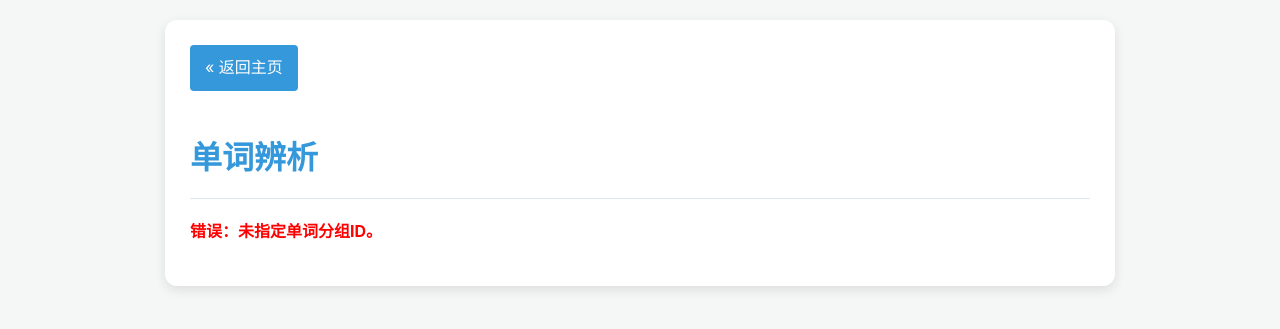
Repository: taiji666/WordLearn
Page: src/templates/discrimination_page.html
These files come from the project's save history. The page is drawn as it stood at one moment and after a run of saves; the edit follows.
The browser window is 1280 px wide. The pictures show the whole page.

Above is the page before, as saved 2025-05-21 21:26:06.

### src/templates/discrimination_page.html
<!DOCTYPE html>
<html lang="zh-CN">
<head>
    <meta charset="UTF-8">
    <meta name="viewport" content="width=device-width, initial-scale=1.0">
    <title>单词辨析</title>
    <link rel="stylesheet" href="static/style.css"> <style>
        /* 辨析页面的特定样式 */
        body {
            padding: 20px;
        }
        .discrimination-container {
            max-width: 900px;
            margin: 0 auto;
            background-color: var(--container-bg);
            padding: 25px;
            border-radius: var(--border-radius-lg);
            box-shadow: var(--box-shadow-medium);
        }
        .discrimination-container h1 {
            color: var(--primary-color);
            border-bottom: 1px solid var(--border-color);
            padding-bottom: 15px;
            margin-bottom: 20px;
        }
        .discrimination-word {
            margin-bottom: 30px;
            padding-bottom: 20px;
            border-bottom: 1px solid var(--light-bg-accent);
        }
        .discrimination-word:last-child {
            border-bottom: none;
            margin-bottom: 0;
        }
        .discrimination-word h2 {
            font-size: 1.8em;
            color: var(--accent-color);
            margin-bottom: 10px;
        }
        .discrimination-section-title {
            font-weight: bold;
            color: var(--primary-text);
            margin-top: 15px;
            margin-bottom: 5px;
            font-size: 1.1em;
        }
        .discrimination-content {
            white-space: pre-wrap; /* 保留换行和空格 */
            padding-left: 15px;
            color: var(--secondary-text);
            line-height: 1.7;
        }
        .error-message {
            color: red;
            font-weight: bold;
        }
        .back-button {
            display: inline-block;
            padding: 10px 15px;
            background-color: var(--primary-color);
            color: white;
            text-decoration: none;
            border-radius: var(--border-radius-sm);
            margin-bottom: 20px;
            transition: background-color var(--transition-speed) ease;
        }
        .back-button:hover {
            background-color: var(--primary-color-darker);
        }
    </style>
</head>
<body>
    <div class="discrimination-container">
        <a href="/" class="back-button">&laquo; 返回主页</a>
        <h1 id="discrimination-topic-title">单词辨析</h1>
        <div id="discrimination-content-area">
            <p>正在加载辨析数据...</p>
        </div>
    </div>
    <script src="static/discrimination_script.js"></script>
</body>
</html>

### src/static/style.css
/* :root 定义全局 CSS 变量 */
:root {
    --body-bg: #f4f7f6; /* 更柔和的页面背景色 */
    --container-bg: #ffffff;
    --sidebar-bg: #ffffff;
    --card-bg: #ffffff;

    --primary-text: #2c3e50; /* 主要文字颜色，深蓝灰色 */
    --secondary-text: #7f8c8d; /* 次要文字颜色，灰色 */
    --subtle-text: #95a5a6; /* 更浅的提示性文字 */

    --primary-color: #3498db; /* 主色调，清新的蓝色 */
    --primary-color-darker: #2980b9; /* 主色调的深色版，用于hover等 */
    --accent-color: #2ecc71; /* 强调色，绿色，用于单词等 */
    --accent-color-darker: #27ae60; /* 强调色的深色版 */

    --border-color: #e0e6ed; /* 边框颜色 */
    --light-bg-accent: #ecf0f1; /* 浅色背景强调，如词性背景 */

    --sidebar-width: 280px;
    --font-family-sans-serif: -apple-system, BlinkMacSystemFont, "Segoe UI", Roboto, Helvetica, Arial, sans-serif, "Apple Color Emoji", "Segoe UI Emoji", "Segoe UI Symbol";

    --box-shadow-light: 0 1px 3px rgba(0,0,0,0.05);
    --box-shadow-medium: 0 4px 12px rgba(0,0,0,0.1);
    --border-radius-sm: 4px;
    --border-radius-md: 8px;
    --border-radius-lg: 12px;

    --transition-speed: 0.25s;
}

/* --- 基本样式 --- */
body {
    font-family: var(--font-family-sans-serif);
    margin: 0;
    background-color: var(--body-bg);
    color: var(--primary-text);
    line-height: 1.6;
    position: relative;
    overflow-x: hidden;
}

.container {
    width: 100%;
    min-height: 100vh;
}

/* --- 侧边栏切换按钮 (移动端) --- */
#sidebar-toggle {
    display: block;
    position: fixed;
    top: 15px;
    left: 15px;
    z-index: 1001;
    background-color: var(--primary-color);
    color: white;
    border: none;
    padding: 10px 14px;
    font-size: 1.4em;
    cursor: pointer;
    border-radius: var(--border-radius-md);
    box-shadow: var(--box-shadow-medium);
    transition: background-color var(--transition-speed) ease;
    line-height: 1;
}

#sidebar-toggle:hover {
    background-color: var(--primary-color-darker);
}

/* --- 侧边栏 --- */
.sidebar {
    width: var(--sidebar-width);
    background-color: var(--sidebar-bg);
    padding: 25px 20px;
    height: 100vh;
    overflow-y: auto;
    border-right: 1px solid var(--border-color);
    box-sizing: border-box;
    position: fixed;
    left: 0;
    top: 0;
    transform: translateX(-100%);
    transition: transform var(--transition-speed) ease-in-out;
    z-index: 1000;
}

.sidebar.open {
    transform: translateX(0);
    box-shadow: 5px 0 15px rgba(0,0,0,0.1); /* 移动端打开时给一点阴影 */
}

.sidebar h2 {
    margin-top: 0;
    margin-bottom: 20px;
    font-size: 1.5em;
    color: var(--primary-color);
    padding-bottom: 15px;
    border-bottom: 1px solid var(--border-color);
    font-weight: 600;
}

#group-list, .subgroup-list {
    list-style-type: none;
    padding-left: 0;
}

.collection-item {
    margin-bottom: 12px;
}

.collection-title {
    font-weight: 600;
    font-size: 1.15em;
    color: var(--primary-text);
    display: block;
    margin-bottom: 10px;
    padding: 8px 5px;
    border-radius: var(--border-radius-sm);
    transition: background-color var(--transition-speed) ease, color var(--transition-speed) ease;
}

.collection-title.collapsible {
    cursor: pointer;
    user-select: none;
    position: relative;
    padding-left: 2em;
}

.collection-title.collapsible:hover {
    background-color: var(--light-bg-accent);
}

.collection-title.collapsible::before {
    content: '▶';
    position: absolute;
    left: 10px;
    top: 50%;
    transform: translateY(-50%);
    font-size: 0.8em;
    color: var(--primary-color);
    transition: transform var(--transition-speed) ease;
}

.collection-title.collapsible.expanded::before {
    transform: translateY(-50%) rotate(90deg);
}

.subgroup-list {
    display: none;
    padding-left: 15px;
    margin-top: 5px;
    border-left: 2px solid var(--light-bg-accent);
}

.subgroup-list.expanded {
    display: block;
}

.subgroup-item {
    padding: 10px 15px;
    margin-bottom: 6px;
    border-radius: var(--border-radius-sm);
    font-size: 0.95em;
    color: var(--secondary-text);
    transition: background-color var(--transition-speed) ease, color var(--transition-speed) ease, transform var(--transition-speed) ease;
    position: relative;
}
/* 为ID文本（如果用span包裹）提供样式参考 */
/* .subgroup-item .item-id, .collection-title .item-id {
    font-size: 0.8em;
    color: var(--subtle-text);
    margin-left: 8px;
    font-weight: normal;
} */


.subgroup-item.clickable {
    cursor: pointer;
    background-color: transparent;
    color: var(--primary-text);
}

.subgroup-item.clickable:hover {
    background-color: var(--light-bg-accent);
    color: var(--primary-color-darker);
    transform: translateX(3px);
}

.subgroup-item.clickable.active {
    background-color: var(--primary-color);
    color: white;
    font-weight: 600;
    box-shadow: var(--box-shadow-light);
}

.subgroup-item.clickable.active:hover {
    color: white;
    transform: none;
}


.subgroup-item.non-clickable {
    color: var(--subtle-text);
    padding: 8px 15px;
}

/* --- 内容区域 --- */
.content {
    flex-grow: 1;
    padding: 30px;
    padding-top: 80px;
    overflow-y: auto;
    height: 100vh;
    box-sizing: border-box;
    width: 100%;
}

#selected-group-title {
    margin-top: 0;
    margin-bottom: 25px;
    color: var(--primary-text);
    font-size: 1.8em;
    font-weight: 600;
    padding-bottom: 15px;
    border-bottom: 1px solid var(--border-color);
}

/* --- 单词列表和条目样式 --- */
.word-list {
    list-style-type: none;
    padding: 0;
}

.word-item {
    background-color: var(--card-bg);
    border: none;
    padding: 24px 28px;
    margin-bottom: 24px;
    border-radius: var(--border-radius-lg);
    box-shadow: 0 3px 10px rgba(44, 62, 80, 0.08), 0 0 1px rgba(44, 62, 80, 0.05);
    transition: box-shadow var(--transition-speed) ease;
}

.word-item:hover {
    box-shadow: 0 6px 15px rgba(44, 62, 80, 0.1), 0 0 1px rgba(44, 62, 80, 0.07);
}

.word-header-container {
    cursor: pointer;
    display: flex;
    align-items: baseline;
    margin-bottom: 16px;
}

.word-header-container .english-word {
    font-size: 2em;
    color: var(--primary-text);
    font-weight: 700;
    line-height: 1.2;
    transition: color var(--transition-speed) ease;
}

.word-header-container .english-word.hidden {
    display: none;
}

.word-header-container .reveal-word-prompt {
    font-size: 0.8em;
    color: var(--primary-color);
    text-decoration: none;
    margin-left: 12px;
    background-color: transparent;
    padding: 4px 10px;
    border: 1px solid var(--primary-color);
    border-radius: var(--border-radius-sm);
    transition: background-color var(--transition-speed) ease, color var(--transition-speed) ease;
    font-weight: 500;
    white-space: nowrap;
}

.word-header-container:hover .reveal-word-prompt {
    background-color: var(--primary-color);
    color: white;
}

.word-item p.part-of-speech {
    margin-top: 0;
    margin-bottom: 20px;
    color: var(--secondary-text);
    font-style: italic;
    background-color: var(--light-bg-accent);
    padding: 5px 12px;
    border-radius: var(--border-radius-md);
    display: inline-block;
    font-size: 0.9em;
    font-weight: 500;
}

.word-item .senses-list {
    padding-left: 0;
    margin-top: 0;
    list-style-type: none;
    counter-reset: sense-counter;
}

.word-item .senses-list li {
    padding: 16px 0 16px 3em;
    margin-bottom: 0;
    line-height: 2.7;
    position: relative;
    border-bottom: 1px solid var(--border-color);
    color: var(--primary-text);
    /* font-size: 1.5em; */
}

.word-item .senses-list li:first-child {
    padding-top: 12px;
}
.word-item .senses-list li:last-child {
    border-bottom: none;
    padding-bottom: 0;
}

.word-item .senses-list li::before {
    counter-increment: sense-counter;
    content: counter(sense-counter) ".";
    position: absolute;
    left: 0;
    top: 16px;
    font-weight: 600;
    color: var(--primary-color);
    font-size: 1em;
    width: 2.2em;
    text-align: right;
    padding-right: 0.8em;
}


.word-item .senses-list li strong {
    display: block;
    font-size: 1.8em;
    color: var(--accent-color);
    font-weight: 600;
    margin-bottom: 8px;
    line-height: 1.4;
}
.word-item .senses-list li definition {
    display: block;
    font-size: 1.7em;
    /* color: var(--accent-color); */
    font-weight: 500;
    margin-bottom: 8px;
    line-height: 1.8;
}

#word-display-area > p {
    color: var(--secondary-text);
    font-style: normal;
    padding: 30px;
    background-color: var(--container-bg);
    border-radius: var(--border-radius-md);
    text-align: center;
    border: 1px dashed var(--border-color);
    margin-top: 20px;
    font-size: 1em;
}


/* 新增：单词辨析按钮样式 */
.discrimination-button {
    background-color: var(--accent-color);
    color: white;
    border: none;
    padding: 10px 18px;
    font-size: 0.95em;
    font-weight: 500;
    border-radius: var(--border-radius-md);
    cursor: pointer;
    transition: background-color var(--transition-speed) ease;
    margin-bottom: 20px; /* 与下方单词列表的间距 */
    display: inline-block; /* 确保 margin-bottom 生效 */
}

.discrimination-button:hover {
    background-color: var(--accent-color-darker);
}
/* --- 响应式设计 (桌面端) --- */
@media (min-width: 768px) {
    #sidebar-toggle {
        display: none;
    }

    .container {
        display: flex;
    }

    .sidebar {
        position: static;
        transform: translateX(0);
        height: 100vh;
        box-shadow: 2px 0 10px rgba(0,0,0,0.05); /* 桌面端侧边栏固定阴影 */
        transition: none; /* 移除移动端的 transform 过渡 */
    }
    /* .sidebar.open 的特定移动端阴影在桌面端不再适用，由上面的 .sidebar 样式覆盖 */

    .content {
        padding-top: 30px;
    }
}

/* --- 自定义滚动条 (可选, WebKit内核浏览器) --- */
::-webkit-scrollbar {
    width: 8px;
    height: 8px;
}
::-webkit-scrollbar-track {
    background: var(--light-bg-accent);
    border-radius: 10px;
}
::-webkit-scrollbar-thumb {
    background: #c1c1c1;
    border-radius: 10px;
}
::-webkit-scrollbar-thumb:hover {
    background: #a8a8a8;
}

### src/static/discrimination_script.js
document.addEventListener('DOMContentLoaded', () => {
    const topicTitleElement = document.getElementById('discrimination-topic-title');
    const contentAreaElement = document.getElementById('discrimination-content-area');

    // 1. 从 URL 获取 topicId
    const urlParams = new URLSearchParams(window.location.search);
    const topicId = urlParams.get('topicId');
    console.log('topicId:', topicId); // 调试用，确保获取到了正确的 topicId
    if (!topicId) {
        contentAreaElement.innerHTML = '<p class="error-message">错误：未指定单词分组ID。</p>';
        return;
    }

    // 2. 加载辨析 JSON 数据
    fetch('static/vocabulary_discrimination_data.json') // 确保路径正确
        .then(response => {
            if (!response.ok) {
                throw new Error(`HTTP error! status: ${response.status}`);
            }
            return response.json();
        })
        .then(data => {
            if (!data || !data.vocabulary_collection) {
                throw new Error('辨析数据格式不正确。');
            }

            // 3. 查找对应的辨析数据
            // 假设 topicId (来自主页的 subGroup.id) 是辨析数据中 "topic" 字段的前缀, e.g., "1-1-1" for "1-1-1 人类"
            const discriminationData = data.vocabulary_collection.find(item =>
                item.topic && item.topic.startsWith(topicId)

            );
            console.log('discriminationData:', discriminationData); // 调试用，确保找到了正确的数据

            if (discriminationData) {
                topicTitleElement.textContent = `单词辨析: ${discriminationData.topic}`;
                renderDiscriminationData(discriminationData.words.words, contentAreaElement);
            } else {
                contentAreaElement.innerHTML = `<p>未找到ID为 "${topicId}" 的单词分组的辨析信息。</p>`;
                topicTitleElement.textContent = `单词辨析: ${topicId} (未找到)`;
            }
        })
        .catch(error => {
            console.error('加载或处理辨析数据失败:', error);
            contentAreaElement.innerHTML = `<p class="error-message">加载辨析数据失败: ${error.message}</p>`;
        });
});

function renderDiscriminationData(wordsArray, container) {
    container.innerHTML = ''; // 清空加载提示

    if (!wordsArray || wordsArray.length === 0) {
        container.innerHTML = '<p>此主题下暂无单词辨析信息。</p>';
        return;
    }

    wordsArray.forEach(wordData => {
        const wordDiv = document.createElement('div');
        wordDiv.className = 'discrimination-word';

        let htmlContent = `<h2>${wordData.word}</h2>`;
        htmlContent += `<p><span class="discrimination-section-title">主要释义:</span> <span class="discrimination-content">${wordData['主要释义']}</span></p>`; // 使用方括号访问含中文的键

        if (wordData['全面释义'] && wordData['全面释义'].length > 0) {
            htmlContent += `<p class="discrimination-section-title">全面释义:</p><ul class="discrimination-content">`;
            wordData['全面释义'].forEach(s => { htmlContent += `<li>${s}</li>`; });
            htmlContent += `</ul>`;
        }

        htmlContent += `<p class="discrimination-section-title">通俗描述:</p><p class="discrimination-content">${wordData['通俗描述']}</p>`;

        if (wordData['语义分析']) {
            htmlContent += `<p class="discrimination-section-title">语义分析:</p>`;
            htmlContent += `<div class="discrimination-content"><strong>核心意义:</strong> <item>${wordData['语义分析']['核心意义']} </item><br>`;
            htmlContent += `<strong>语境延展:</strong>  <item>${wordData['语义分析']['语境延展']} </item><br>`;
            htmlContent += `<strong>核心意义的体现:</strong>  <item>${wordData['语义分析']['核心意义的体现']} </item></div>`;
        }

        htmlContent += `<p class="discrimination-section-title">辨析:</p><p class="discrimination-content">${wordData['辨析']}</p>`;

        wordDiv.innerHTML = htmlContent;
        container.appendChild(wordDiv);
    });
}

After the next 4 saves:
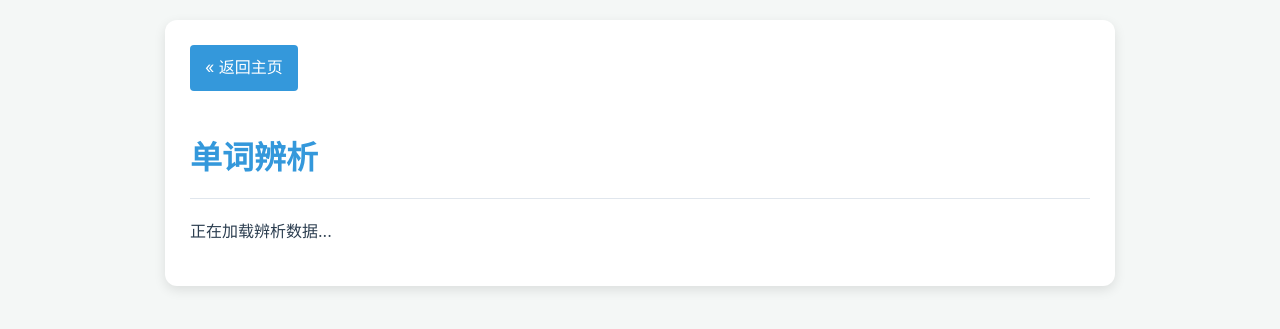
Console error: SyntaxError: Identifier 'discriminationData' has already been declared
The 4 saves are shown as one change because they came seconds apart.
The last was saved 22 min 17 s later.
--- a/src/static/discrimination_script.js
+++ b/src/static/discrimination_script.js
@@ -28,8 +28,12 @@
             // 假设 topicId (来自主页的 subGroup.id) 是辨析数据中 "topic" 字段的前缀, e.g., "1-1-1" for "1-1-1 人类"
             const discriminationData = data.vocabulary_collection.find(item =>
                 item.topic && item.topic.startsWith(topicId)
-
             );
+              // **重点修改**：增加对 item 和 item.topic 的检查
+            const discriminationData = data.vocabulary_collection.find(item => {
+                // 确保 item 存在，item.topic 是字符串，然后再调用 startsWith
+                return item && typeof item.topic === 'string' && item.topic.startsWith(topicId);
+            });
             console.log('discriminationData:', discriminationData); // 调试用，确保找到了正确的数据
 
             if (discriminationData) {

After the save that followed:
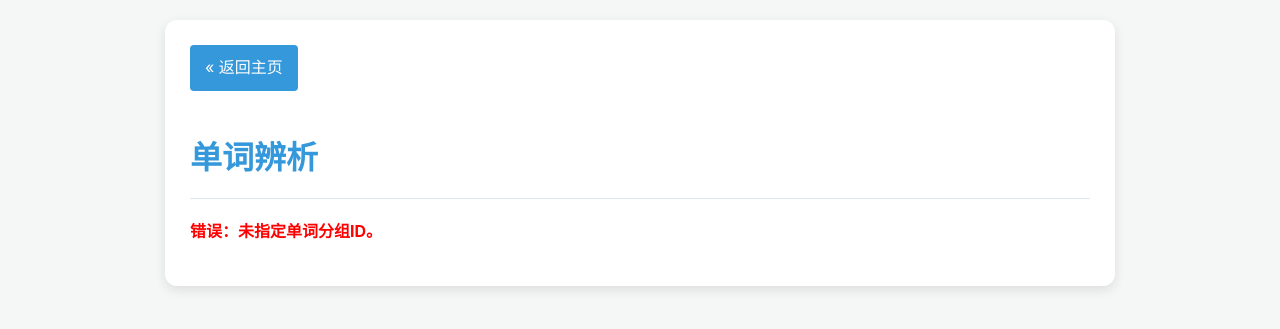
The error is gone.
Saved 4 s later.
--- a/src/static/discrimination_script.js
+++ b/src/static/discrimination_script.js
@@ -26,9 +26,9 @@
 
             // 3. 查找对应的辨析数据
             // 假设 topicId (来自主页的 subGroup.id) 是辨析数据中 "topic" 字段的前缀, e.g., "1-1-1" for "1-1-1 人类"
-            const discriminationData = data.vocabulary_collection.find(item =>
-                item.topic && item.topic.startsWith(topicId)
-            );
+            // const discriminationData = data.vocabulary_collection.find(item =>
+            //     item.topic && item.topic.startsWith(topicId)
+            // );
               // **重点修改**：增加对 item 和 item.topic 的检查
             const discriminationData = data.vocabulary_collection.find(item => {
                 // 确保 item 存在，item.topic 是字符串，然后再调用 startsWith
